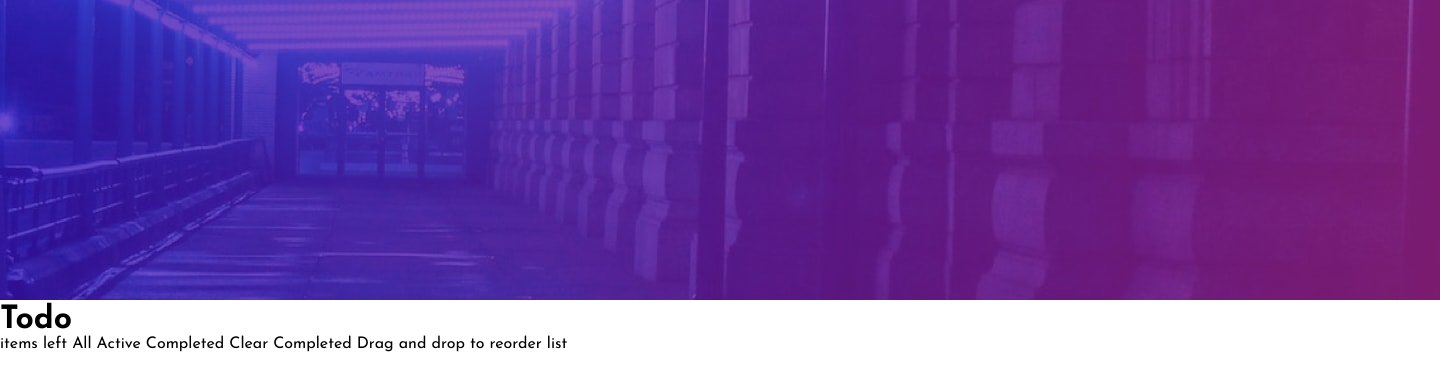
Repository: Arkitecth/todo-list
Page: index.html
These files come from the project's save history. The page is drawn as it stood at one moment and after the next save; the edit follows.
The browser window is 1280 px wide. The page is 1440 px wide, so the pictures cover 1440 px, including what lies to the right of the window. The pictures show the whole page.

Above is the page before, as saved 2023-06-19 18:40:22.

### index.html
<!DOCTYPE html>
<html lang="en">
<head>
  <meta charset="UTF-8">
  <meta name="viewport" content="width=device-width, initial-scale=1.0"> <!-- displays site properly based on user's device -->
  <link rel="stylesheet" href="styles.css">

  <title>Frontend Mentor | Todo app</title>

  </style>
</head>
<body>

  <img src="images/bg-desktop-dark.jpg" alt="bg-desktop-dark">
  <h1>Todo  </h1>

  <!-- Add dynamic number --> items left

  All
  Active
  Completed

  Clear Completed

  Drag and drop to reorder list
</body>
</html>

### styles.css
@import url('https://fonts.googleapis.com/css2?family=Josefin+Sans:wght@400;700&display=swap');
* {
    margin: 0;
    padding: 0;
    box-sizing: border-box;
    font-family: 'Josefin Sans', sans-serif;
}

.bg-desktop {
    position: absolute;
    width: 100%;
    top: 0;
    left: 0;
    z-index: -1;
}

.container {
    display: flex;
    justify-content: space-evenly;
    align-items: center;
    margin-top: 4%;
}

.container h1 {
    text-transform: uppercase;
    color: #fff;
    letter-spacing: 15px;
}

div.list-items.container {
    justify-content: center;
    align-content: center;
}

.input-text {
    width: 540px;
    border: none;
    height: 65px;
    border-radius: 5px;
    padding-left: 70px;
    font-size: 18px;

}

input[type="radio"] {
    appearance: none;
    transform: translate(3rem,0.3rem);
    border: 1px solid #d3d3d3;
    width: 24px;
    height: 24px;
    border-radius:100%;
    margin: 0;
    text-align: center;
}

.input-text::placeholder{
    text-align: left;
    font-size: 18px;
    color: #9495A5;
}
/*
input[type="radio"]:checked {
    appearance: none;
    border-radius:100%;
    outline: none;
    padding: 0;
    content: none;
    border: none;
}

input[type="radio"]:checked::before {
    content: url("images/icon-check.svg");
    background-color: black;
    width: 24px;
    height: 240px;
    border-radius: 100%;
    text-align: center;
}
 */

After the next save:
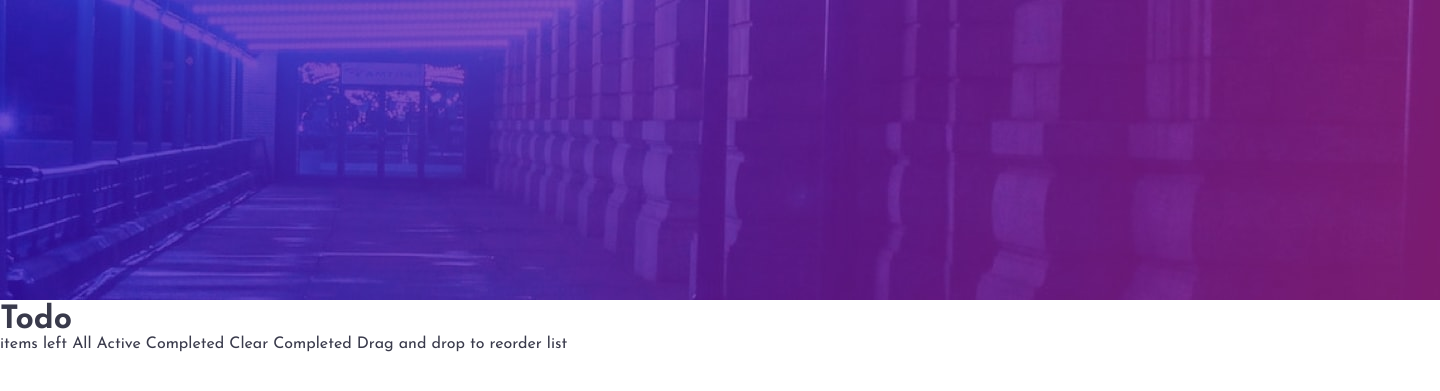
Saved 30 s later.
--- a/styles.css
+++ b/styles.css
@@ -4,6 +4,8 @@
     padding: 0;
     box-sizing: border-box;
     font-family: 'Josefin Sans', sans-serif;
+    color:#393A4B;
+    ;
 }
 
 .bg-desktop {
